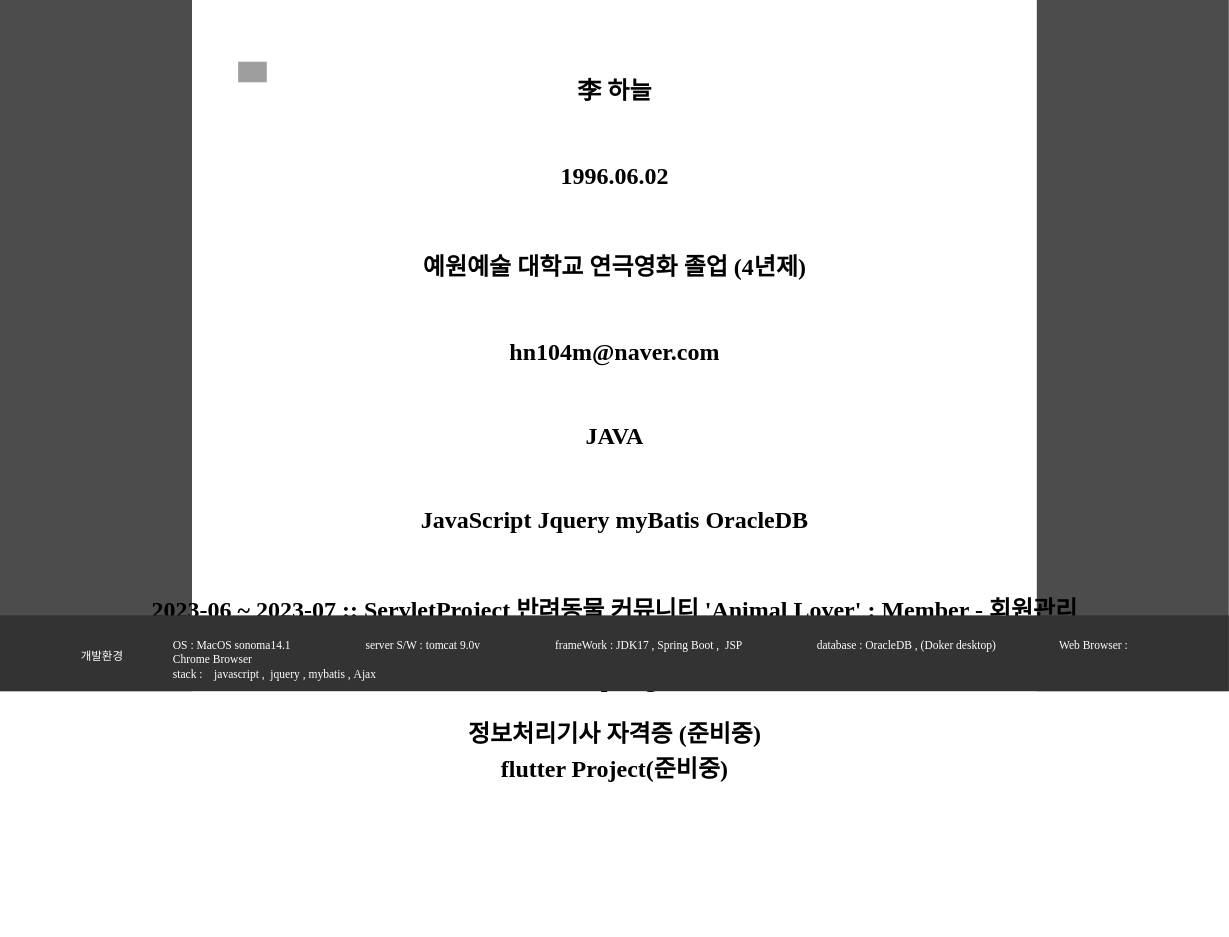
Repository: LeeHaNeul96/Leehaneul
Page: http://localhost/com.introduce/WEB-INF/views/more.jsp
An editor plug-in stored every save of this project. The page is shown before and after the next save, followed by the edit.
The browser window is 1280 px wide. The pictures show the whole page, at 96% of full size.
Pictures or frames that could not be fetched are drawn as grey boxes. The page is served by Tomcat 9. Nobody is signed in. The template is opened directly, without the code that normally fills it, so the values that code supplies are empty.

Above is the page before, as saved 2023-10-31 09:31:29.

After the next save:
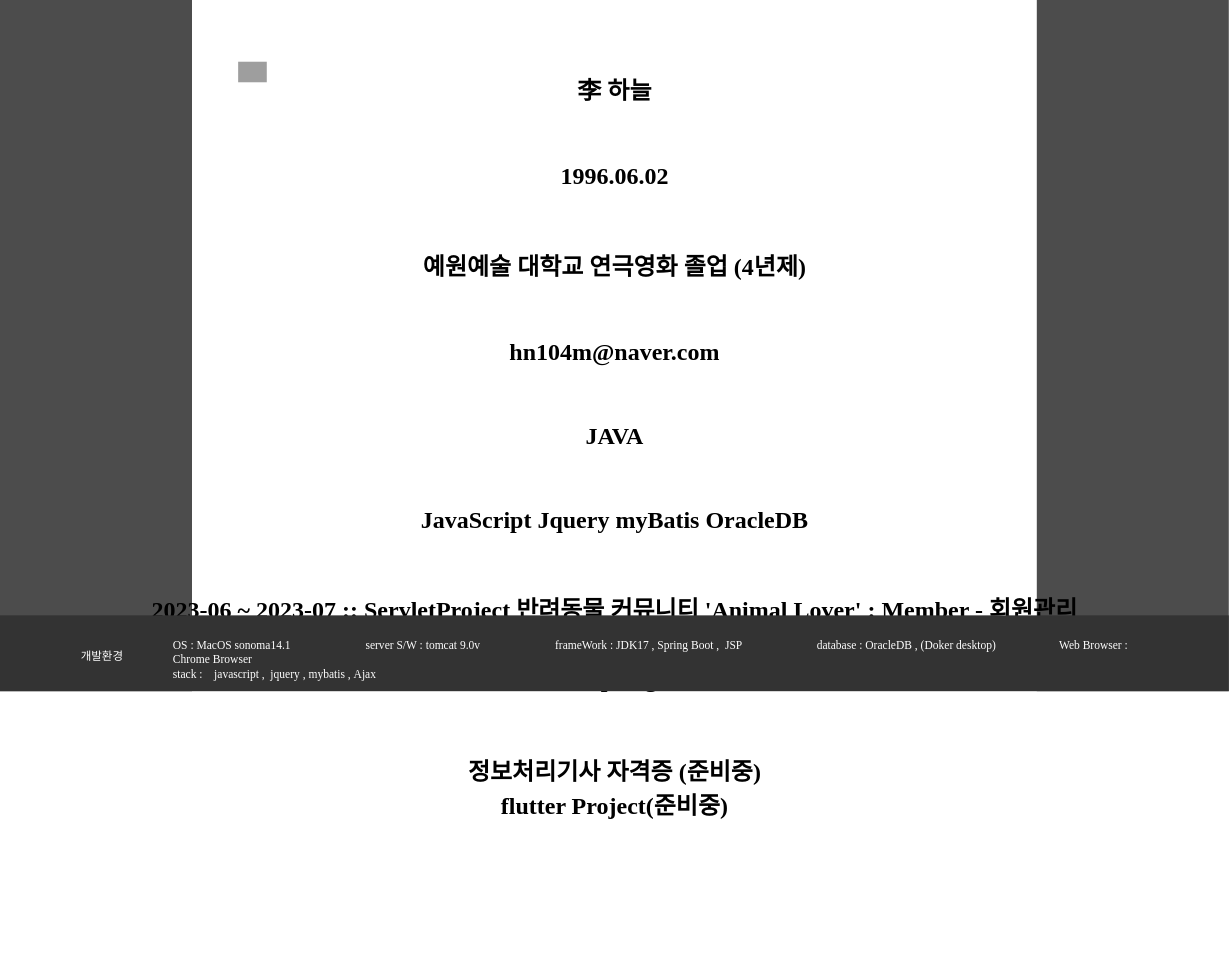
Saved 21 s later.
--- a/com.introduce/src/main/webapp/WEB-INF/views/more.jsp
+++ b/com.introduce/src/main/webapp/WEB-INF/views/more.jsp
@@ -107,7 +107,7 @@ $(function() {
 <h2>2023-06 ~ 2023-07 :: ServletProject 반려동물 커뮤니티 'Animal Lover' : Member - 회원관리<br>
 2023-08 ~ 2023-09 :: SpringProject 종합 신발 쇼핑몰 'Shoepin' : WishList,Cart - 장바구니<br>
 2023-09 AWS기반 Spring 백엔드 개발 수료
-</h2>
+</h2><br>
 <h2>정보처리기사 자격증 (준비중)<br>
 flutter Project(준비중)
 </h2>
